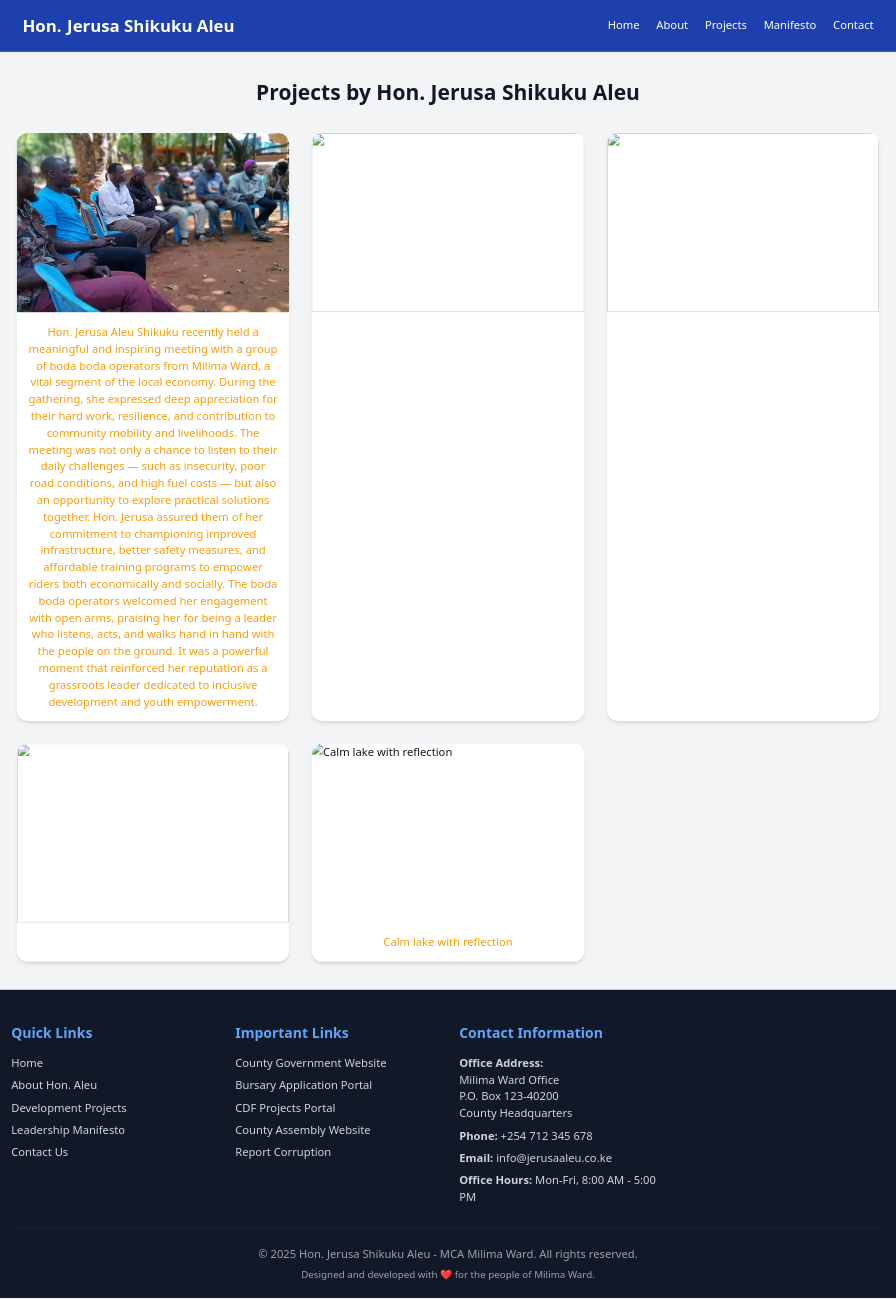
Repository: Engineer-collo/Hon_Jerusa_Shikuku_Aleu
Page: /projects
An editor plug-in stored every save of this project. The page is shown before and after the next save, followed by the edit.
The browser window is 1280 px wide. The pictures show the whole page, at 70% of full size.
The project was rebuilt for these pictures with package versions that can differ from the ones it lists, and the page was loaded fresh each time. Also part of the build but not shown: vite.config.js, src/Hero.jsx, src/Home.jsx, src/About.jsx, src/Manifesto.jsx, src/Contact.jsx.

Above is the page before, as saved 2025-07-18 17:19:21.

After the next save:
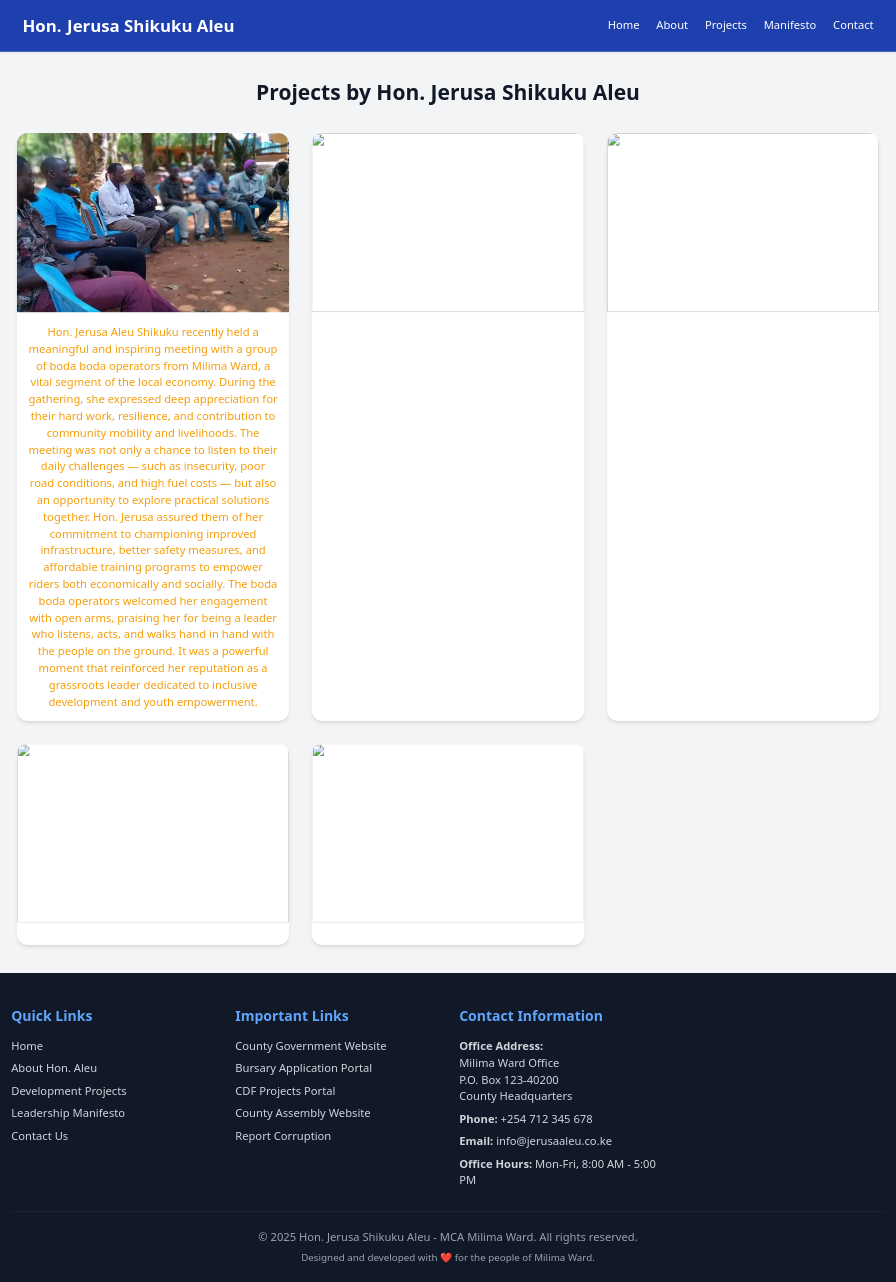
Saved 6 s later.
--- a/src/Projects.jsx
+++ b/src/Projects.jsx
@@ -19,7 +19,7 @@ const images = [
   },
   {
     src: '',
-    description: 'Calm lake with reflection',
+    description: '',
   },
 ];
 
